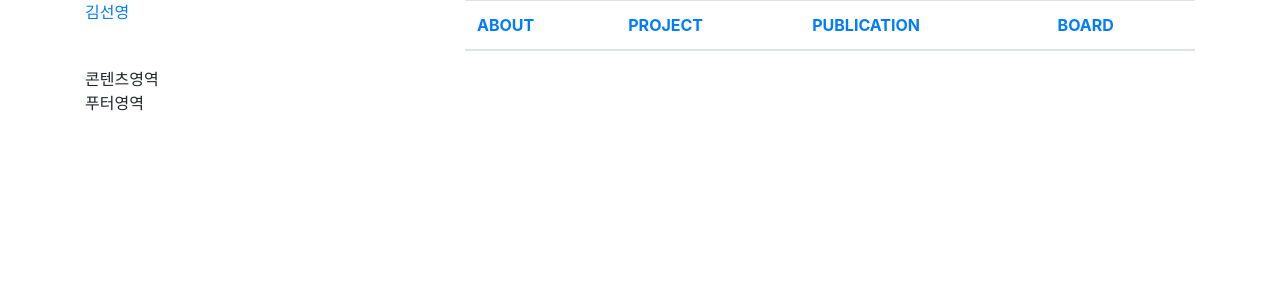
Repository: supremest35/web-projects
Page: http://localhost/noticeboard/board/form.jsp
These files come from the project's save history. The page is drawn as it stood at one moment and after the next save; the edit follows.
The browser window is 1280 px wide. The pictures show the whole page.
The page is served by Tomcat 9. Other server files are loaded and not shown.

Above is the page before, as saved 2020-12-06 04:12:57.

### noticeboard/WebContent/board/form.jsp
<%@ page language="java" contentType="text/html; charset=UTF-8"
    pageEncoding="UTF-8"%>
<!DOCTYPE html>
<html lang="ko">
<head>
  <title>Bootstrap 4 Example</title>
  <meta charset="utf-8">
  <meta name="viewport" content="width=device-width, initial-scale=1">
  <link rel="stylesheet" href="https://maxcdn.bootstrapcdn.com/bootstrap/4.5.2/css/bootstrap.min.css">
  <script src="https://ajax.googleapis.com/ajax/libs/jquery/3.5.1/jquery.min.js"></script>
  <script src="https://cdnjs.cloudflare.com/ajax/libs/popper.js/1.16.0/umd/popper.min.js"></script>
  <script src="https://maxcdn.bootstrapcdn.com/bootstrap/4.5.2/js/bootstrap.min.js"></script>
</head>
<body>
<div class="container">
	<div class="row">
		<div class="col-2"><a href="index.jsp">김선영</a></div>
		<div class="col-2"></div>
		<div class="col-8">
			<table class="table">
				<thead>
					<tr>
						<th><a href="">ABOUT</a></th>
						<th><a href="">PROJECT</a></th>
						<th><a href="">PUBLICATION</a></th>
						<th><a href="board/list.jsp">BOARD</a></th>
					</tr>
				</thead>
			</table>
		</div>

	</div>
	<div class="row">
		<div class="col-12">콘텐츠영역</div>
	</div>
	<div class="row">
		<div class="col-12">푸터영역</div>
	</div>
</div>
</body>
</html>

After the next save:
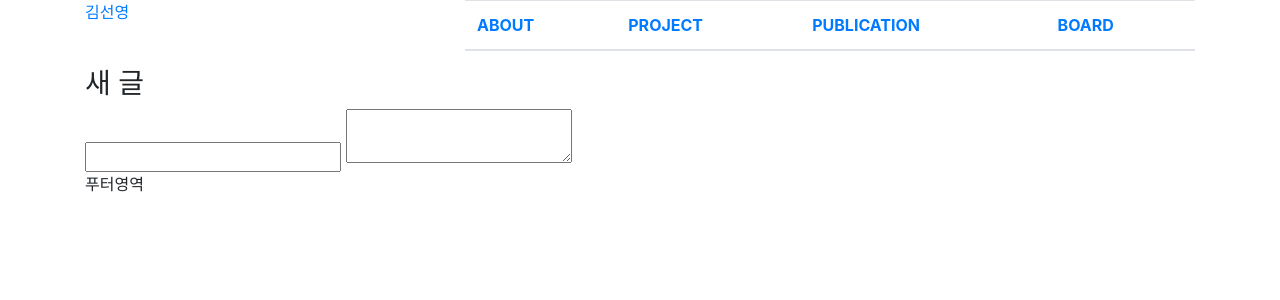
Saved 103 s later.
--- a/noticeboard/WebContent/board/form.jsp
+++ b/noticeboard/WebContent/board/form.jsp
@@ -28,10 +28,13 @@
 				</thead>
 			</table>
 		</div>
-
 	</div>
 	<div class="row">
-		<div class="col-12">콘텐츠영역</div>
+		<div class="col-12">
+			<h3>새 글</h3>
+			<input type="text" name="title" />
+			<textarea name="document"></textarea>
+		</div>
 	</div>
 	<div class="row">
 		<div class="col-12">푸터영역</div>
